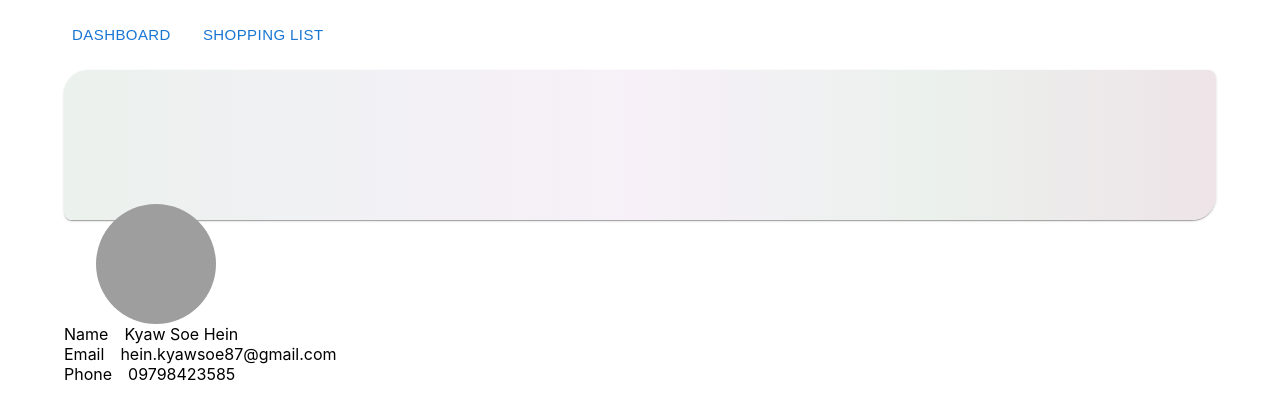
Repository: KyawSoeHein/GoogleAuthReact
Page: /
These files come from the project's save history. The page is drawn as it stood at one moment and after the next save; the edit follows.
The browser window is 1280 px wide. The pictures show the whole page.
Pictures or frames that could not be fetched are drawn as grey boxes. The project was rebuilt for these pictures with package versions that can differ from the ones it lists, and the page was loaded fresh each time. Also part of the build but not shown: src/App.css.

Above is the page before, as saved 2022-02-14 19:33:54.

After the next save:
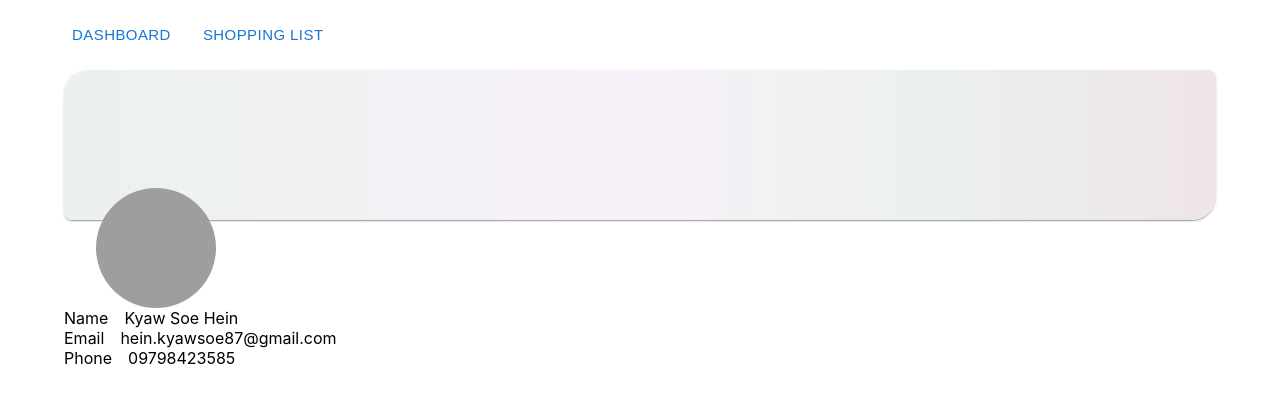
Saved 5 s later.
--- a/src/Components/CoverAndProfilePhoto.tsx
+++ b/src/Components/CoverAndProfilePhoto.tsx
@@ -21,7 +21,7 @@ const CoverAndProfilePhoto = () => {
       <Avatar
         alt="Remy Sharp"
         src="/static/images/avatar/1.jpg"
-        sx={{ width: 120, height: 120, marginTop: -2, marginLeft: 4 }}
+        sx={{ width: 120, height: 120, marginTop: -4, marginLeft: 4 }}
       />
     </div>
   );
